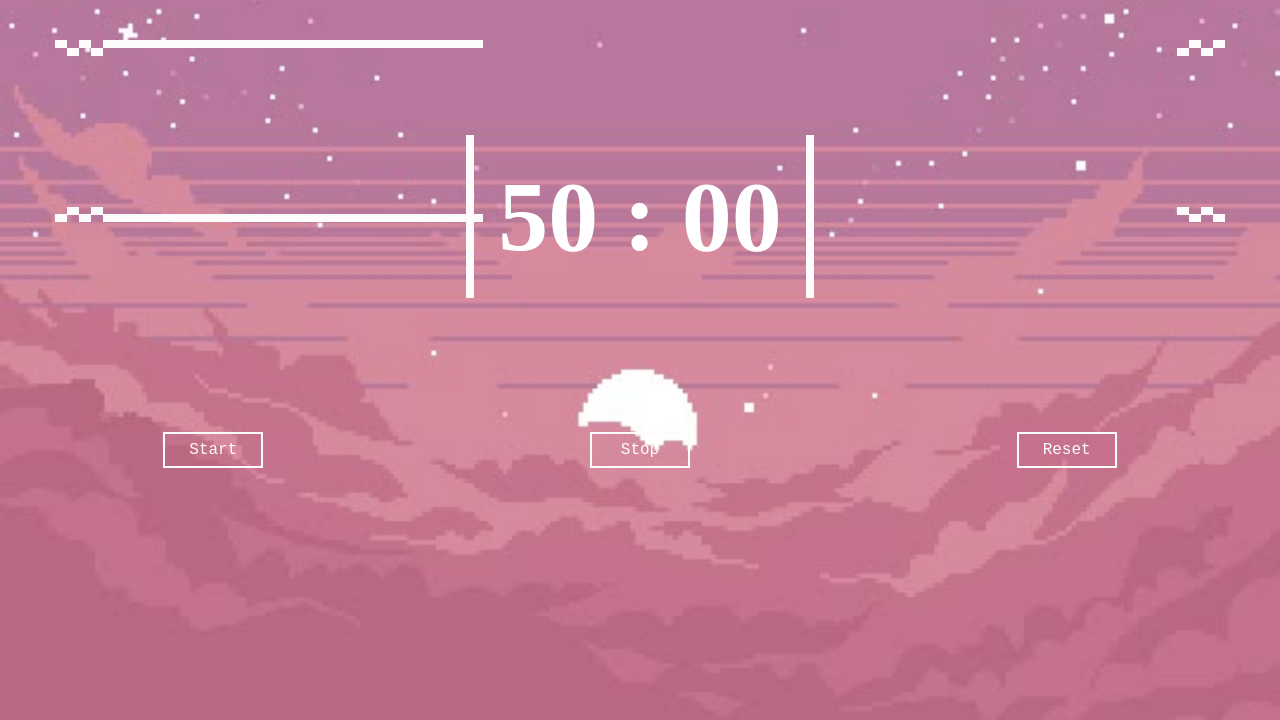
Repository: niharikapatil2306/Study-Timer
Page: index.html
These files come from the project's save history. The page is drawn as it stood at one moment and after the next save; the edit follows.
The browser window is 1280 px wide. The pictures show the whole page.
Some web fonts or font styles are not loaded; a fallback is used.

Above is the page before, as saved 2025-02-18 18:26:52.

### index.html
<!DOCTYPE html>
<html lang="en">
<head>
    <meta charset="UTF-8">
    <meta name="viewport" content="width=device-width, initial-scale=1.0">
    <title>Study Timer</title>
    <link href="https://fonts.googleapis.com/css2?family=Doto:wght@100..900&family=Jersey+15&family=Pixelify+Sans:wght@400..700&display=swap" rel="stylesheet">
    <link rel="stylesheet" href="style.css" />
</head>
<body style="background-color: black;">
    <div class="container">

        <div class="timer">
            <div class="pixel">
                <div class="square1"></div>
                <div class="square13"></div>
                <div class="square2"></div>
                <div class="square14"></div>
                <div class="square3"></div>
                <div class="line1"></div>
            </div>
            <div class="pixel">
                <div class="square4"></div>
                <div class="square15"></div>
                <div class="square5"></div>
                <div class="square16"></div>
                <div class="square6"></div>
            </div>

            <div class="pixel">
                <div class="square7"></div>
                <div class="square17"></div>
                <div class="square8"></div>
                <div class="square18"></div>
                <div class="square9"></div>
                <div class="line2"></div>
            </div>
            <div class="pixel">
                <div class="square10"></div>
                <div class="square19"></div>
                <div class="square11"></div>
                <div class="square20"></div>
                <div class="square12"></div>
            </div>

            <div class="box">
                <span id="min">
                    50
                </span>
                :
                <span id="sec">
                    00
                </span>
            </div>
        </div>
        <div class="button_container">
            <button id="start">
                Start
            </button>
            <button id="stop">
                Stop
            </button>
            <button id="reset">
                Reset
            </button>
        </div>
    </div>
    <script src="./clock.js"></script>
</body>
</html>

### style.css
body {
    margin: 0;
    padding: 0;
    background: url("./img/bg.jpeg") no-repeat center center fixed;
    background-size: cover;
}

.container{
    height: 100vh;
}

.box{
    border-left: 8px solid #FDFBFC;
    border-right: 8px solid #FDFBFC;
    padding: 24px;
}

.square1{
    position: fixed;
    height: 8px;
    width: 12px;
    left: 47px;
    top: 72px;
    background-color: transparent;
}

.square2{
    position: fixed;
    height: 8px;
    width: 12px;
    left: 55px;
    top: 40px;
    background-color: #FDFBFC;
}

.square3{
    position: fixed;
    height: 8px;
    width: 12px;
    left: 79px;
    top: 40px;
    background-color: #FDFBFC;
}

.line1{
    position: fixed;
    height: 8px;
    width: 380px;
    left: 103px;
    top: 40px;
    background-color: #FDFBFC;
}

.square4{
    position: fixed;
    height: 8px;
    width: 12px;
    right: 79px;
    top: 40px;
    background-color: #FDFBFC;
}

.square5{
    position: fixed;
    height: 8px;
    width: 12px;
    right: 55px;
    top: 40px;
    background-color: #FDFBFC;
}

.square6{
    position: fixed;
    height: 8px;
    width: 12px;
    right: 47px;
    top: 40px;
    background-color: transparent;
}

.square7{
    position: fixed;
    height: 8px;
    width: 12px;
    left: 47px;
    top: 191px;
    background-color: transparent;
}

.square8{
    position: fixed;
    height: 8px;
    width: 12px;
    left: 55px;
    top: 214px;
    background-color: #FDFBFC;
}

.square9{
    position: fixed;
    height: 8px;
    width: 12px;
    left: 79px;
    top: 214px;
    background-color: #FDFBFC;
}

.line2{
    position: fixed;
    height: 8px;
    width: 380px;
    left: 103px;
    top: 214px;
    background-color: #FDFBFC;
}

.square10{
    position: fixed;
    height: 8px;
    width: 12px;
    right: 79px;
    top: 214px;
    background-color: #FDFBFC;
}

.square11{
    position: fixed;
    height: 8px;
    width: 12px;
    right: 55px;
    top: 214px;
    background-color: #FDFBFC;
}

.square12{
    position: fixed;
    height: 8px;
    width: 12px;
    right: 47px;
    top: 208px;
    background-color: transparent;
}

.square13{
    position: fixed;
    height: 8px;
    width: 12px;
    left: 67px;
    top: 48px;
    background-color: #FDFBFC;
}

.square14{
    position: fixed;
    height: 8px;
    width: 12px;
    left: 91px;
    top: 48px;
    background-color: #FDFBFC;
}

.square15{
    position: fixed;
    height: 8px;
    width: 12px;
    right: 67px;
    top: 48px;
    background-color: #FDFBFC;
}

.square16{
    position: fixed;
    height: 8px;
    width: 12px;
    right: 91px;
    top: 48px;
    background-color: #FDFBFC;
}

.square17{
    position: fixed;
    height: 8px;
    width: 12px;
    right: 91px;
    top: 207px;
    background-color: #FDFBFC;
}

.square18{
    position: fixed;
    height: 8px;
    width: 12px;
    right: 67px;
    top: 207px;
    background-color: #FDFBFC;
}

.square19{
    position: fixed;
    height: 8px;
    width: 12px;
    left: 67px;
    top: 207px;
    background-color: #FDFBFC;
}

.square20{
    position: fixed;
    height: 8px;
    width: 12px;
    left: 91px;
    top: 207px;
    background-color: #FDFBFC;
}

.timer{
    font-family: "Jersey 15", serif;
    height: 60vh;
    font-size: 100px;
    color: white;
    display: flex;
    align-items: center;
    justify-content: center;
    font-weight: 700;
    font-variation-settings: "ROND" 0;
}

.button_container{
    display: flex;
    align-items: center;
    justify-content: space-around;
}

button{
    font-family: 'Press Start 2P', monospace;
    border: 2px solid #FDFBFC;
    height: 36px;
    width: 100px;
    background-color: transparent;
    font-size: 16px;
    color: #FDFBFC;
}

/* .start{

} */

### clock.js
let timer;
let timeLeft = 50*60 // 50 minutes
const min = document.getElementById("min");
const sec = document.getElementById("sec");
const startBtn = document.getElementById("start");
const resetBtn = document.getElementById("reset");
const stopBtn = document.getElementById("stop");

function updateDisplay(){
    let minutes = Math.floor(timeLeft/60);
    let seconds = timeLeft%60;
    min.textContent = minutes.toString().padStart(2, "0");
    sec.textContent = seconds.toString().padStart(2, "0");
}

startBtn.addEventListener("click", () => {
    if(!timer){
        timer = setInterval(() => {
            if(timeLeft>0){
                timeLeft--;
                updateDisplay();
            }
            else{
                clearInterval(timer);
                timer = null;
                alert("Take a break!!")
            }
        }, 1000);
    }
});

resetBtn.addEventListener("click", () => {
    clearInterval(timer);
    timer = null;
    timeLeft = 50*60;
    updateDisplay();
});

stopBtn.addEventListener("click", () =>{
    clearInterval(timer);
    timer = null;
})

After the next save:
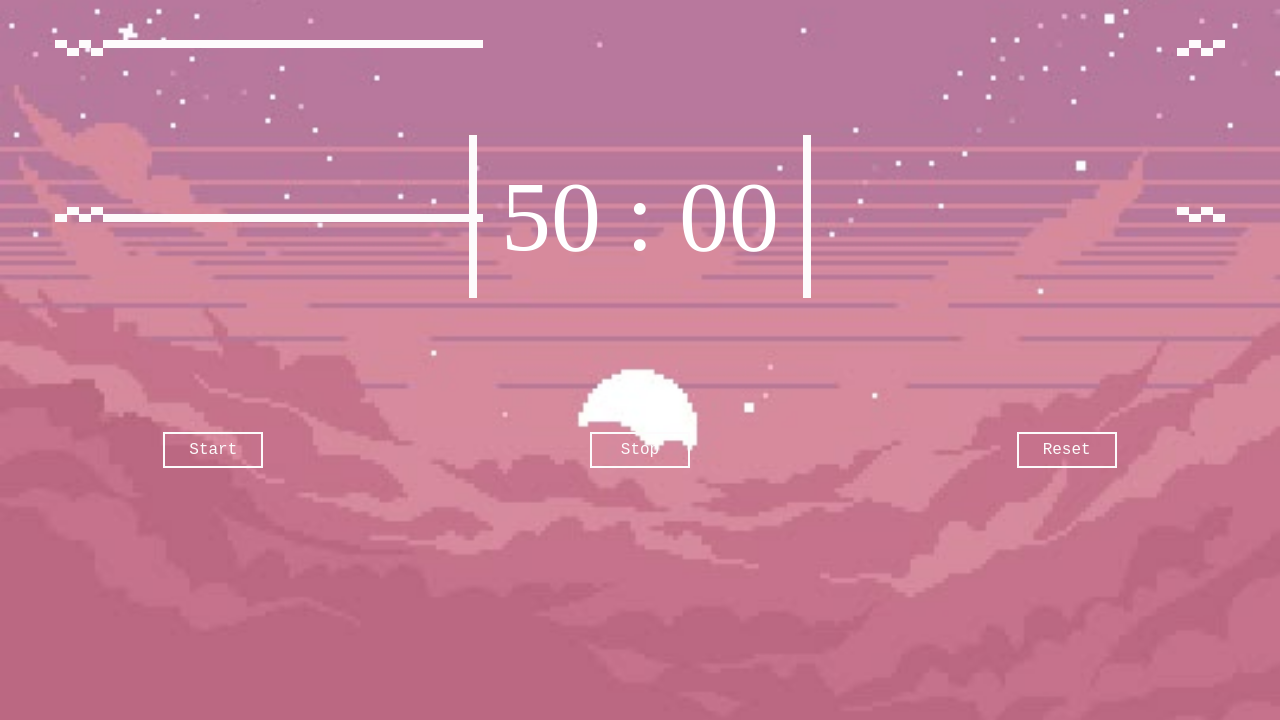
Saved 5 s later.
--- a/style.css
+++ b/style.css
@@ -221,7 +221,7 @@
     display: flex;
     align-items: center;
     justify-content: center;
-    font-weight: 700;
+    font-weight: 400;
     font-variation-settings: "ROND" 0;
 }
 
